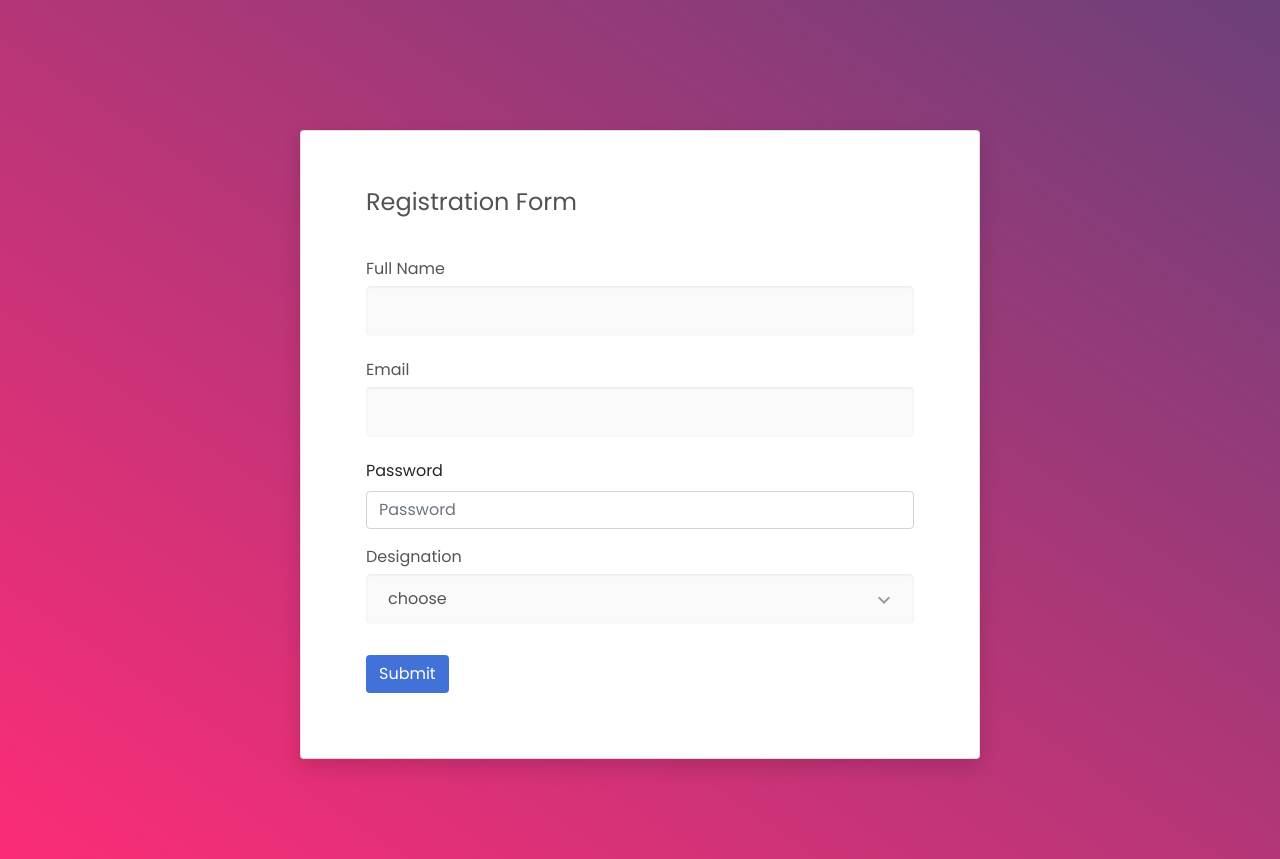
Repository: AbdulRehman0/registration
Page: http://localhost/registration.php
The author's editor kept a copy of each file at every save. The page is drawn from the files as they stood at one save, then again after the next save.
The browser window is 1280 px wide. The pictures show the whole page.
The page is run by PHP 8.4 with error messages shown; the project is at /var/www/html/.

Above is the page before, as saved 2021-01-05 15:43:10.

After the next save:
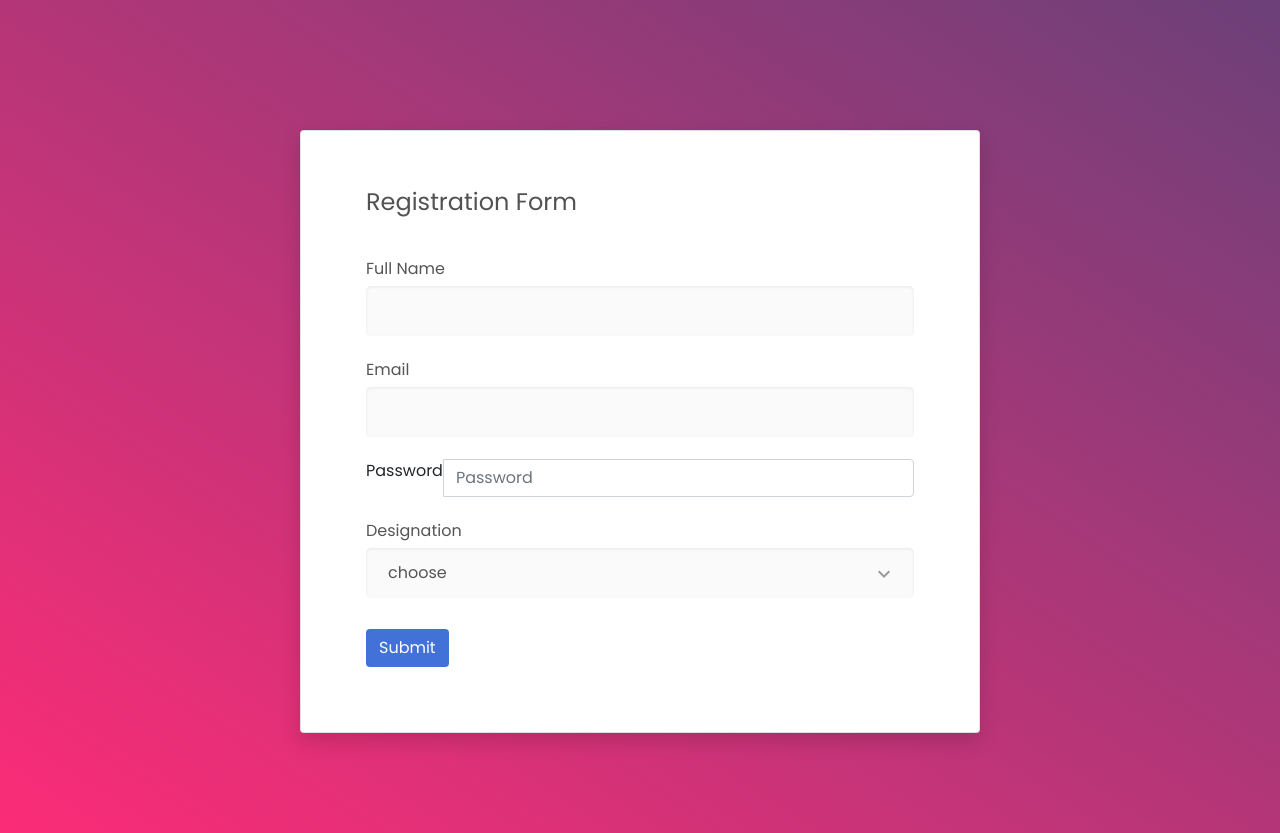
Saved 17 s later.
--- a/registration.php
+++ b/registration.php
@@ -28,7 +28,7 @@ include "./templates/header.php";
                         </div>
                         <div class="row row-space">
                             <div class="col-md-12">
-                                <div class="form-group">
+                                <div class="input-group">
                                     <label for="exampleInputPassword1">Password</label>
                                     <input type="password" class="form-control"  placeholder="Password">
                                 </div>
